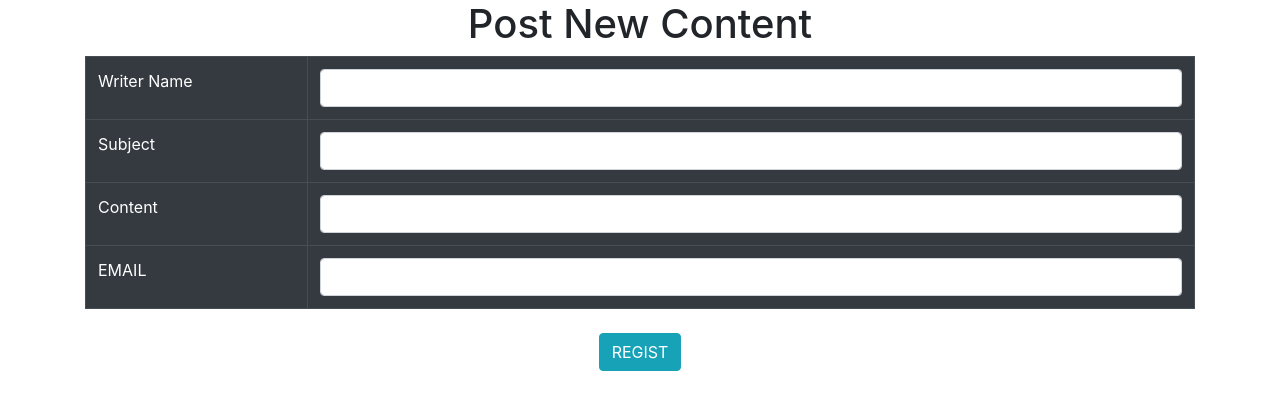
Repository: yeobleeme/06_jsp_basic
Page: http://localhost/jsp02_database/exercise/inputForm.jsp
The author's editor kept a copy of each file at every save. The page is drawn from the files as they stood at one save, then again after the next save.
The browser window is 1280 px wide. The pictures show the whole page.
The page is served by Tomcat 9. Other server files are loaded and not shown. Queries for data that is not in the repository find no rows.

Above is the page before, as saved 2023-05-17 00:51:18.
Console error (its wording comes from the project's code and is left out).

### jsp02_database/WebContent/exercise/inputForm.jsp
<%@page import="java.sql.DriverManager"%>
<%@page import="java.sql.ResultSet"%>
<%@page import="java.sql.Statement"%>
<%@page import="java.sql.Connection"%>
<%@page language="java" contentType="text/html; charset=UTF-8" pageEncoding="UTF-8"%>
<%
	request.setCharacterEncoding("utf-8");
	String writer = "";
	String subject = "";
	String content = "";

	Class.forName("org.mariadb.jdbc.Driver");
	Connection conn = null;
	Statement stmt = null;
	ResultSet rs = null;

	String url = "jdbc:mariadb://localhost:3306/jspstudy";
	String usr = "root";
	String pwd = "12345";
	String sql = "select * from board";

	try {
		conn = DriverManager.getConnection(url, usr, pwd);
		stmt = conn.createStatement();
		rs = stmt.executeQuery(sql);
		if(rs.next()) {
			writer = rs.getString("writer");
			subject = rs.getString("subject");
			content = rs.getString("content");
		} else {
			/* out.println("<h3 class='bg-danger text-white'> Content Upload Failed </h3>"); */
		}
		} catch(Exception e) {
			out.println("<h3 class='bg-danger text-white'>DB Connection Failed</h3> <br />"
					+ e.getMessage());
		} finally {
			try {
				if(rs != null) rs.close();
				if(stmt != null) stmt.close();
				if(conn != null) conn.close();
			} catch(Exception e) {
				// dummy
			}
		}
%>
<!DOCTYPE html>
<html>
<head>
	<meta charset="UTF-8">
	<meta name="viewport" content="width=device-width, initial-scale=1, minimum-scale=1, maximum-scale=1">
  	<link href="https://cdn.jsdelivr.net/npm/bootstrap@4.5.2/dist/css/bootstrap.min.css" rel="stylesheet">
  	<script src="https://cdn.jsdelivr.net/npm/bootstrap@4.5.2/dist/js/bootstrap.bundle.min.js"></script>
	<title>Insert title here</title>
</head>
<body>
	<div class="container" align="center">
		<h1>Post New Content</h1>

		<form action="jsp03_insertMember.jsp" method="post">
			<table class="table table-bordered table-dark table-hover">
					<td width="20%">Writer Name</td>
					<td><input type="text" name="id" class="form-control" size="30" value=""></td>
				</tr>
				<tr>
					<td>Subject</td>
					<td><input type="password" name="pw" class="form-control" size="30" value=""></td>
				</tr>
				<tr>
					<td>Content</td>
					<td><input type="text" name="name" class="form-control" size="30" value=""></td>
				</tr>
				<tr>
					<td>EMAIL</td>
					<td><input type="text" name="email" class="form-control" size="30" value=""></td>
				</tr>
			</table>
			<input type="submit" class="btn btn-info mt-sm-2" value="REGIST"/>
		</form>
	</div>
</body>
</html>

After the next save:
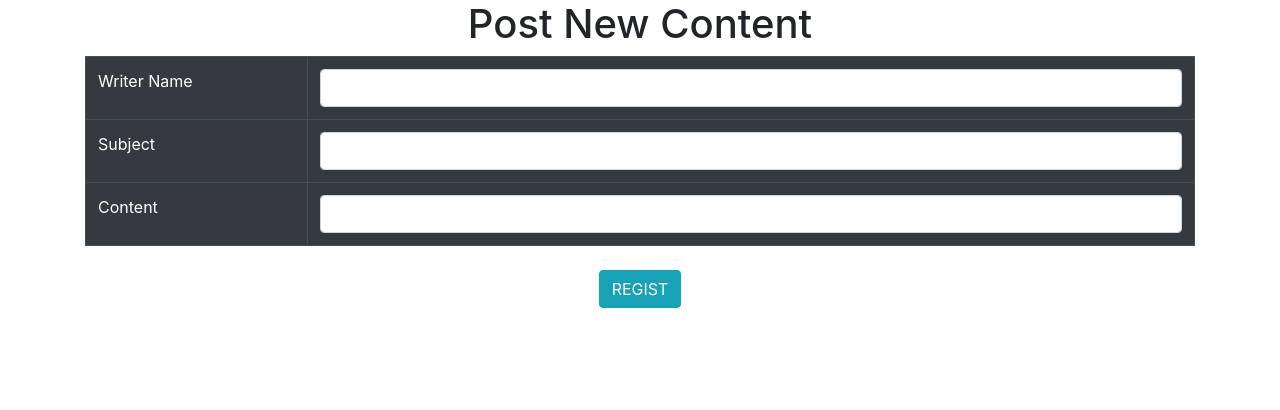
Saved 21 s later.
--- a/jsp02_database/WebContent/exercise/inputForm.jsp
+++ b/jsp02_database/WebContent/exercise/inputForm.jsp
@@ -69,10 +69,6 @@
 					<td>Content</td>
 					<td><input type="text" name="name" class="form-control" size="30" value=""></td>
 				</tr>
-				<tr>
-					<td>EMAIL</td>
-					<td><input type="text" name="email" class="form-control" size="30" value=""></td>
-				</tr>
 			</table>
 			<input type="submit" class="btn btn-info mt-sm-2" value="REGIST"/>
 		</form>
